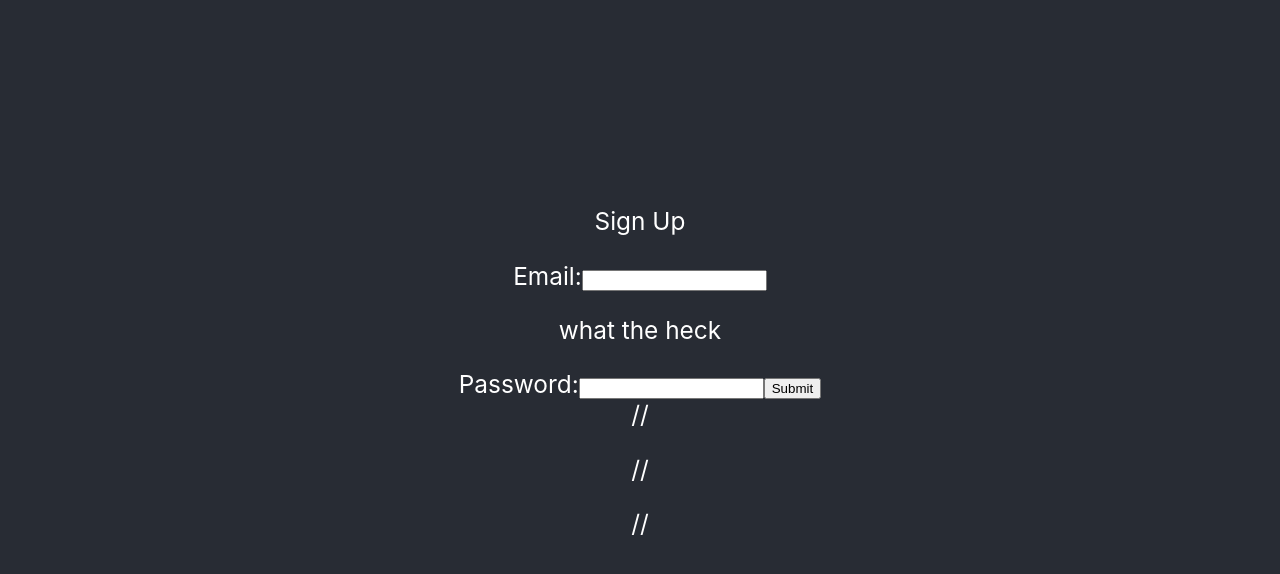
Repository: Achorn/acorn-blog
Page: /signin
The author's editor kept a copy of each file at every save. The page is drawn from the files as they stood at one save, then again after the next save.
The browser window is 1280 px wide. The pictures show the whole page.
The project was rebuilt for these pictures with package versions that can differ from the ones it lists, and the page was loaded fresh each time.

Above is the page before, as saved 2023-05-30 15:40:50.

### src/App.js
import "./App.css";
import SignIn from "./pages/SignIn";
function App() {
  return (
    <div className="App">
      <header className="App-header">
        <SignIn />
      </header>
    </div>
  );
}

export default App;

### src/pages/SignIn.js
import React, { useEffect, useState } from "react";

function SignIn() {
  const [email, setEmail] = useState("");
  const [password, setPassword] = useState("");

  function handleSubmit(event) {
    event.preventDefault();
    console.log(email, " and ", password);
  }
  return (
    <div>
      <p>Sign Up</p>
      <form onSubmit={handleSubmit}>
        <label>
          Email:
          <input
            type="text"
            name="email"
            onChange={(e) => setEmail(e.target.value)}
          />
        </label>
        <p> what the heck</p>
        <label>
          Password:
          <input
            type="text"
            name="password"
            onChange={(e) => setPassword(e.target.value)}
          />
        </label>
        <input type="submit" value="Submit" />
      </form>
      // <p>{email}</p>
      // <p>{password}</p>
      //{" "}
    </div>
  );
}

export default SignIn;

Loaded but not shown: public/index.html (common file); src/index.js (common file); src/index.css (common file); src/reportWebVitals.js (common file); src/App.css (common file)

After the next save:
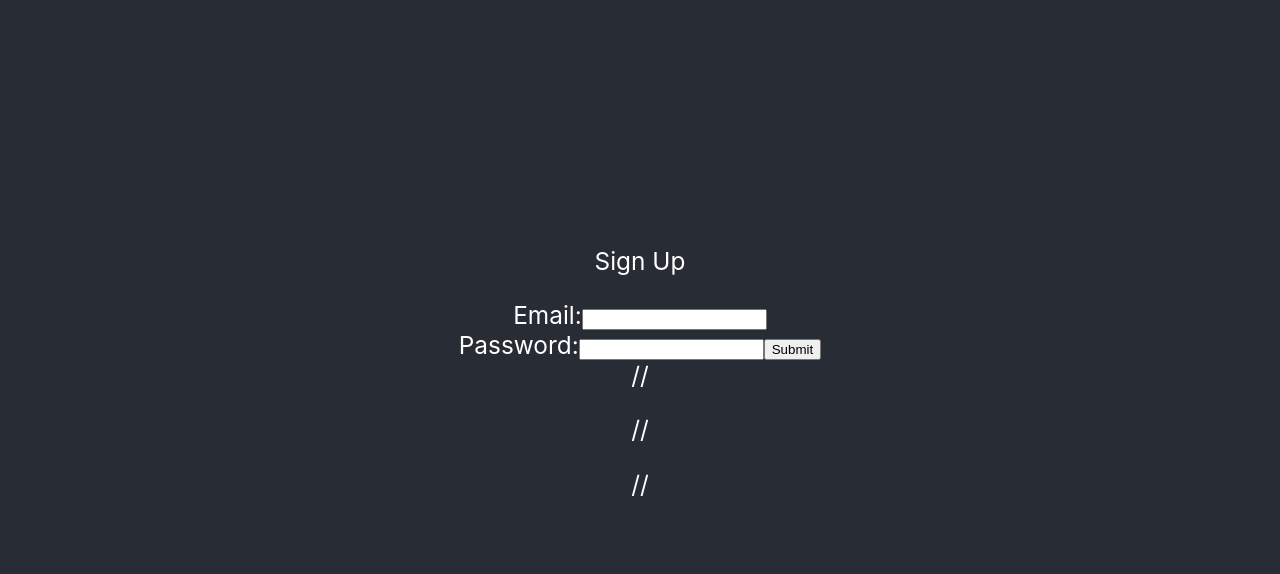
Saved 17 s later.
--- a/src/pages/SignIn.js
+++ b/src/pages/SignIn.js
@@ -20,7 +20,7 @@ function SignIn() {
             onChange={(e) => setEmail(e.target.value)}
           />
         </label>
-        <p> what the heck</p>
+        <br />{" "}
         <label>
           Password:
           <input
